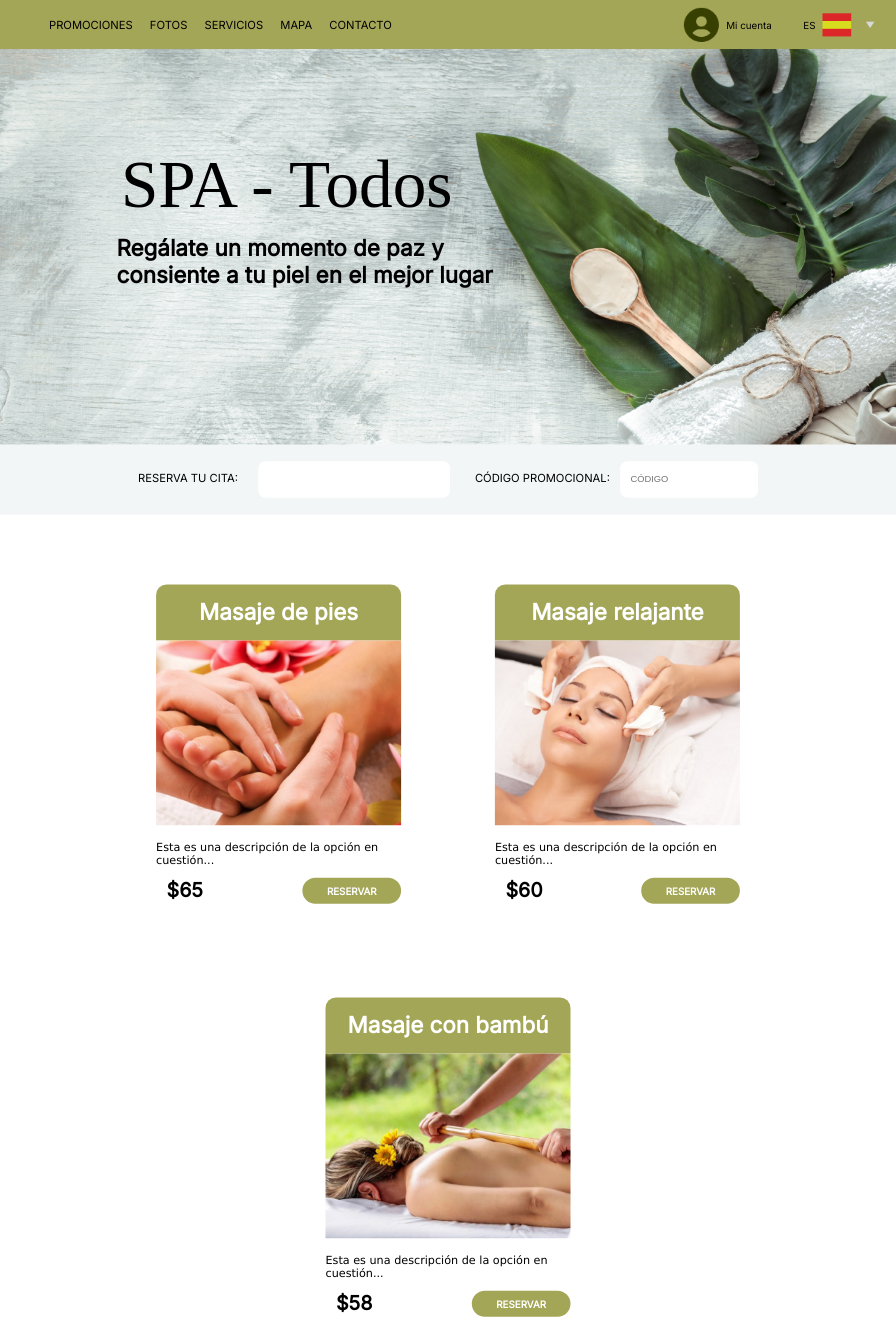
Repository: alexc492/Spa
Page: index.html
An editor plug-in stored every save of this project. The page is shown before and after the next save, followed by the edit.
The browser window is 1280 px wide. The pictures show the part of the page from y = 0 to 1920 px (the page is 2844 px tall), at 70% of full size.
Some web fonts or font styles are not loaded; a fallback is used.

Above is the page before, as saved 2025-06-01 11:36:51.

After the next save:
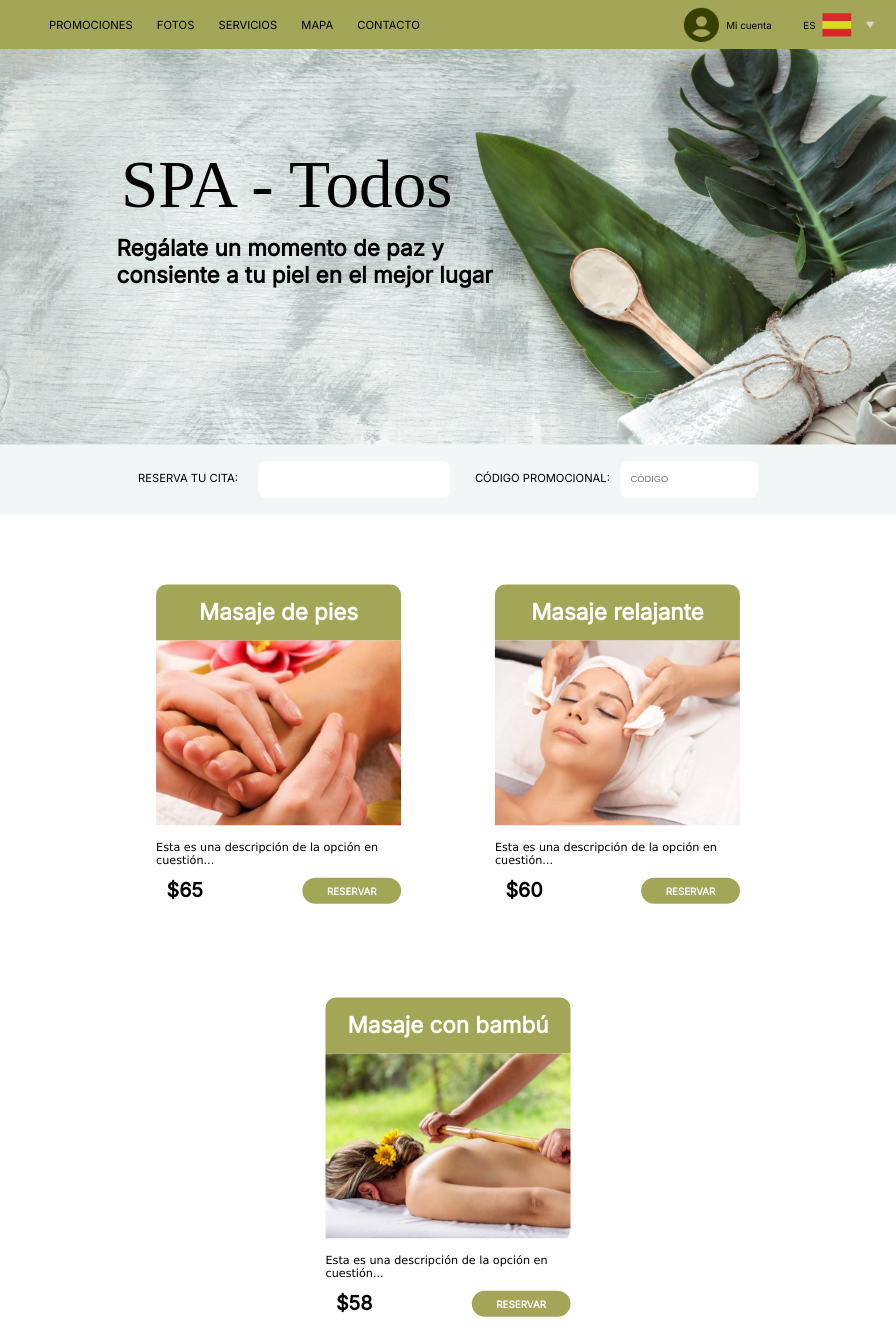
Saved 20 s later.
--- a/styleSpa.css
+++ b/styleSpa.css
@@ -26,7 +26,7 @@ nav ul a{
 }
 nav ul li{
     display: inline;
-    padding-right: 20px;
+    padding-right: 30px;
     font-size: 16px;
     font-weight: 400;
     text-transform: uppercase;
